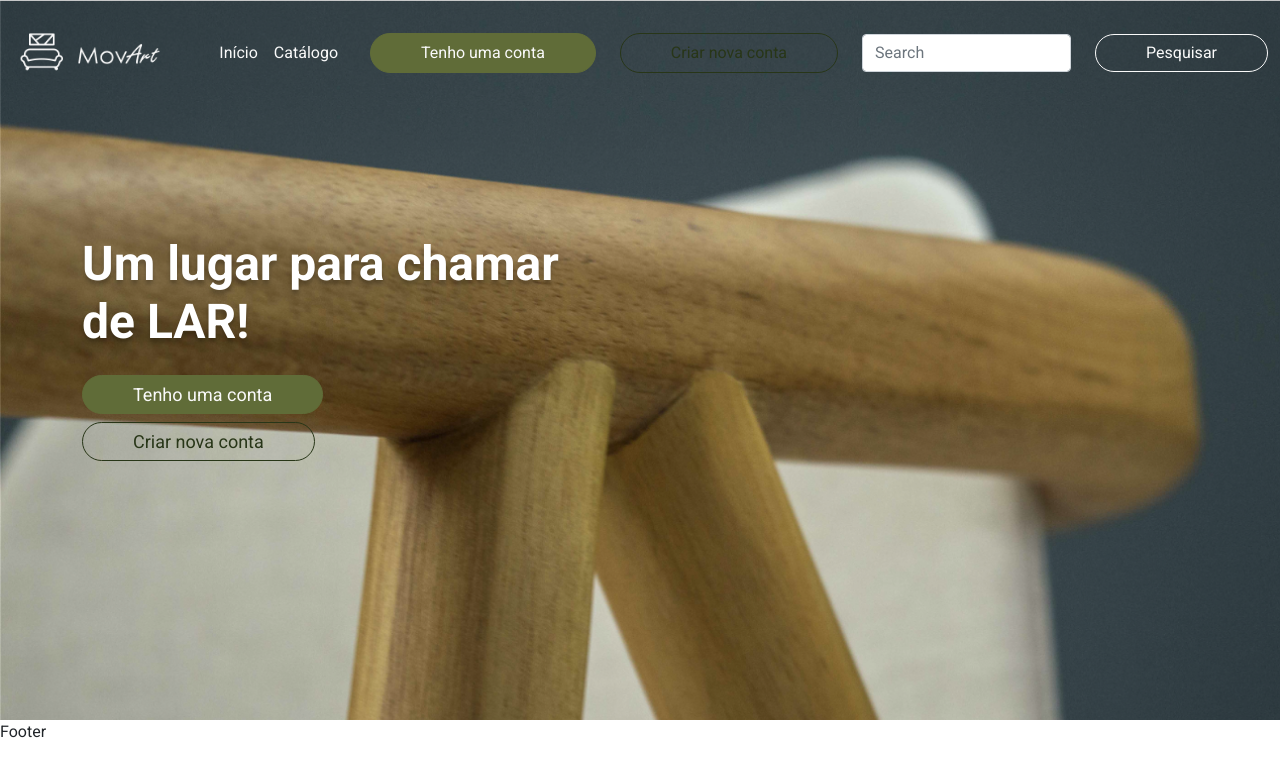
Repository: telesbp/Projeto-4-e-Projeto-5
Page: / (app in front-end/)
The author's editor kept a copy of each file at every save. The page is drawn from the files as they stood at one save, then again after the next save.
The browser window is 1280 px wide. The pictures show the whole page.
The project was rebuilt for these pictures with package versions that can differ from the ones it lists, and the page was loaded fresh each time.

Above is the page before, as saved 2022-07-17 18:33:21.

After the next save:
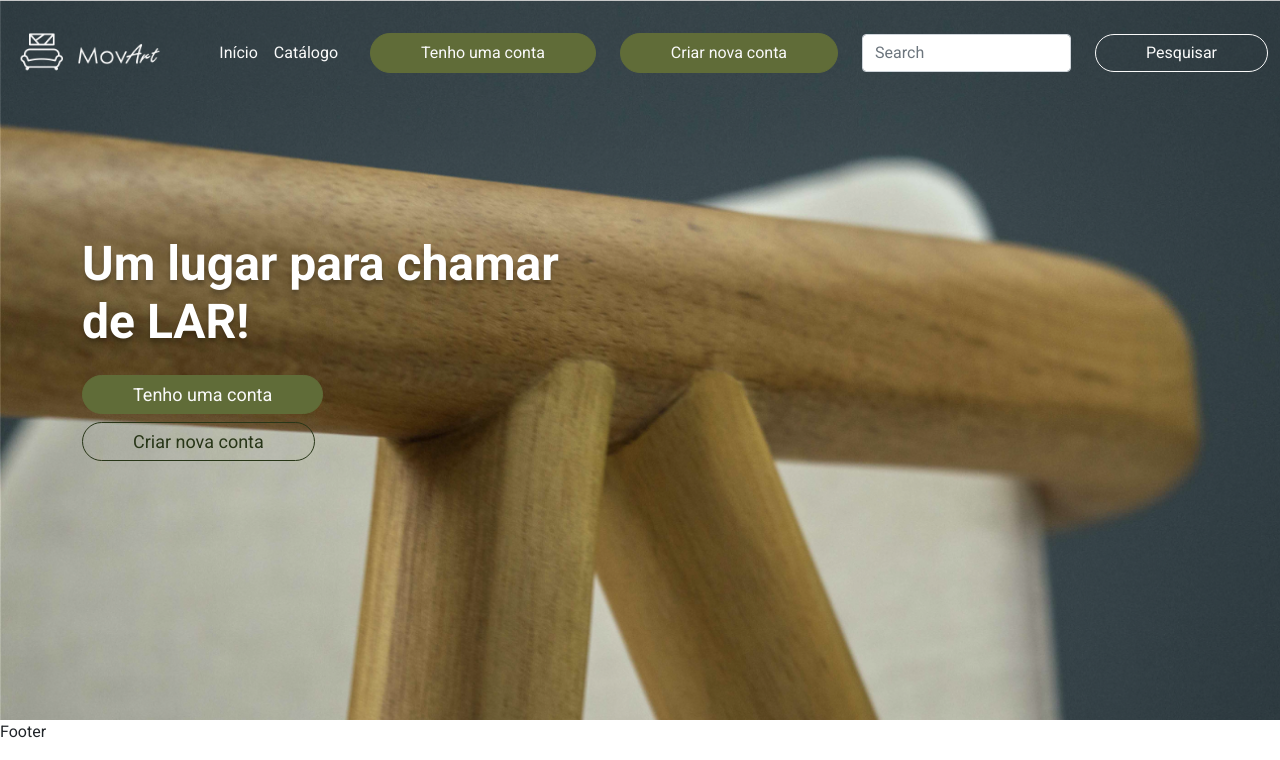
Saved 10 s later.
--- a/front-end/src/components/Layout/Header.tsx
+++ b/front-end/src/components/Layout/Header.tsx
@@ -24,7 +24,7 @@
             <NavLinkStyled forwardedAs={Link} to="/" className="justify-contend-center text-center">Início</NavLinkStyled>
             <NavLinkStyled forwardedAs={Link} to="/catálogo" className="justify-contend-center text-center">Catálogo</NavLinkStyled>
             <CustomButton className="mt-2 mt-lg-0 ms-lg-4" variant="primary">Tenho uma conta</CustomButton>
-            <CustomButton className="mt-2 mt-lg-0 ms-lg-4" variant="outline-primary">Criar nova conta</CustomButton>
+            <CustomButton className="mt-2 mt-lg-0 ms-lg-4" variant="primary">Criar nova conta</CustomButton>
         </Nav>
             <Form className="d-flex">
               <Form.Control

After the save that followed:
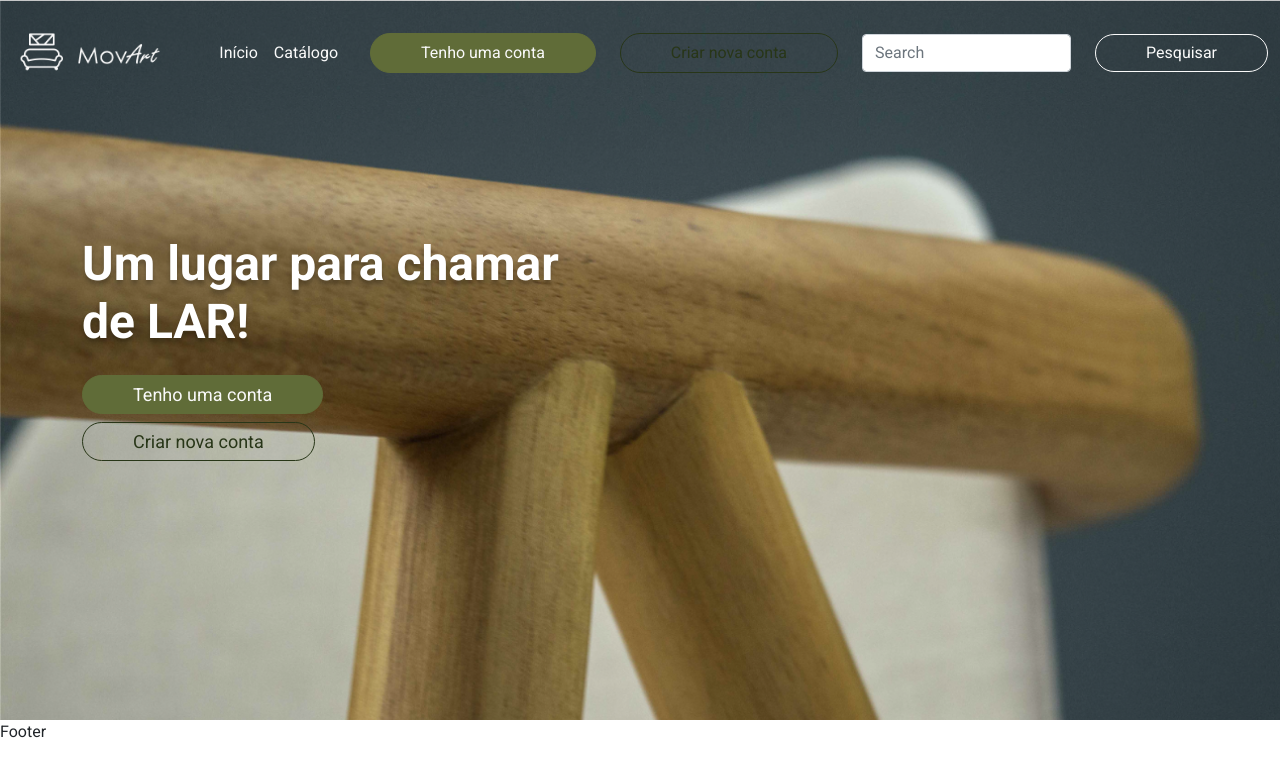
Saved 13 s later.
--- a/front-end/src/components/Layout/Header.tsx
+++ b/front-end/src/components/Layout/Header.tsx
@@ -24,7 +24,7 @@
             <NavLinkStyled forwardedAs={Link} to="/" className="justify-contend-center text-center">Início</NavLinkStyled>
             <NavLinkStyled forwardedAs={Link} to="/catálogo" className="justify-contend-center text-center">Catálogo</NavLinkStyled>
             <CustomButton className="mt-2 mt-lg-0 ms-lg-4" variant="primary">Tenho uma conta</CustomButton>
-            <CustomButton className="mt-2 mt-lg-0 ms-lg-4" variant="primary">Criar nova conta</CustomButton>
+            <CustomButton className="mt-2 mt-lg-0 ms-lg-4" variant="outline-primary">Criar nova conta</CustomButton>
         </Nav>
             <Form className="d-flex">
               <Form.Control
